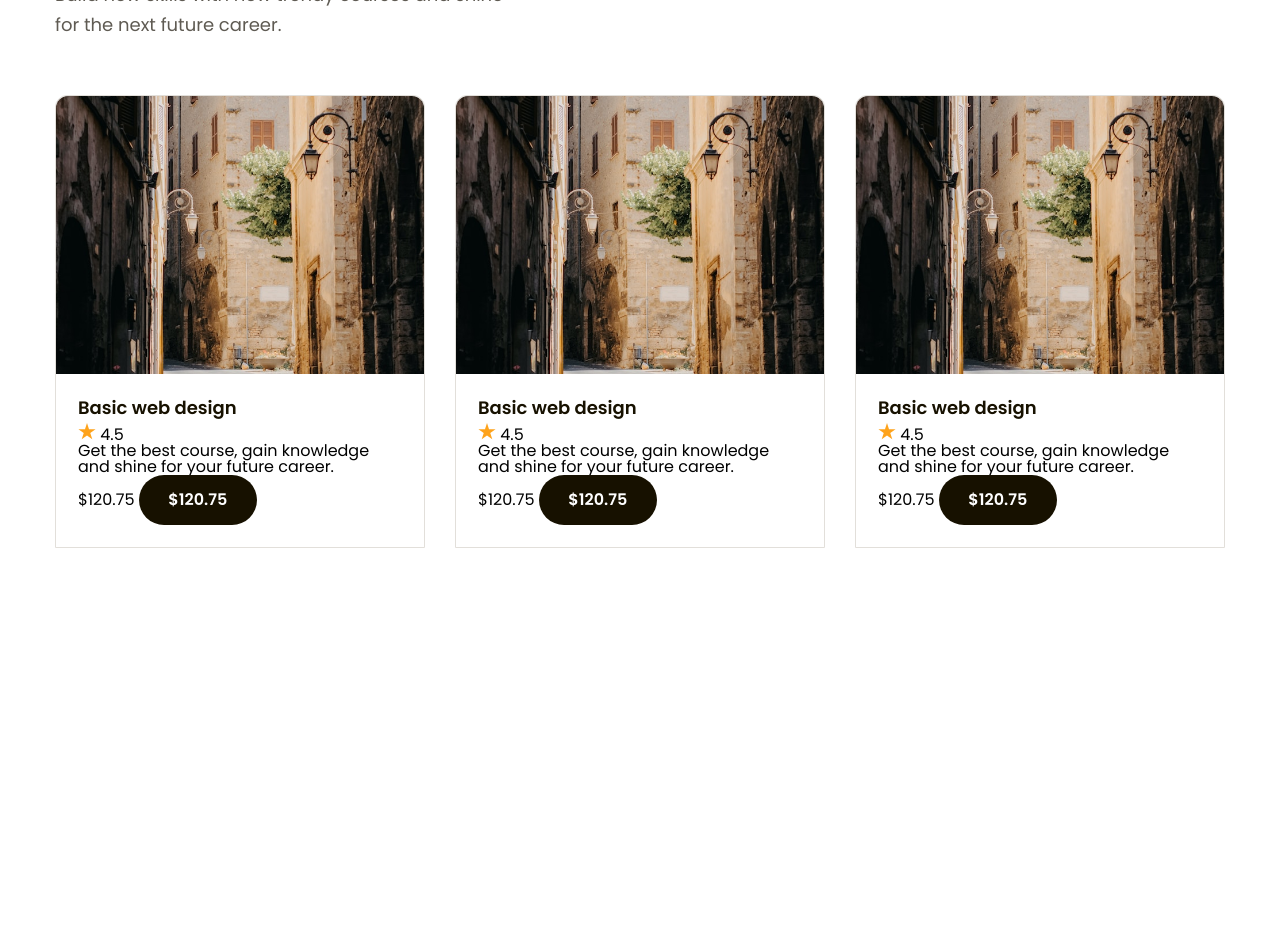
Repository: empty24062002/f8-htmlcss-02-pratice
Page: index.html
An editor plug-in stored every save of this project. The page is shown before and after the next save, followed by the edit.
The browser window is 1280 px wide. The pictures show the part of the page from y = 1156 to 2108 px (the page is 5187 px tall).
A picture or video elsewhere on the page could not be fetched, so the positions and the page height are approximate.

Above is the page before, as saved 2023-07-19 08:00:32.

After the next save:
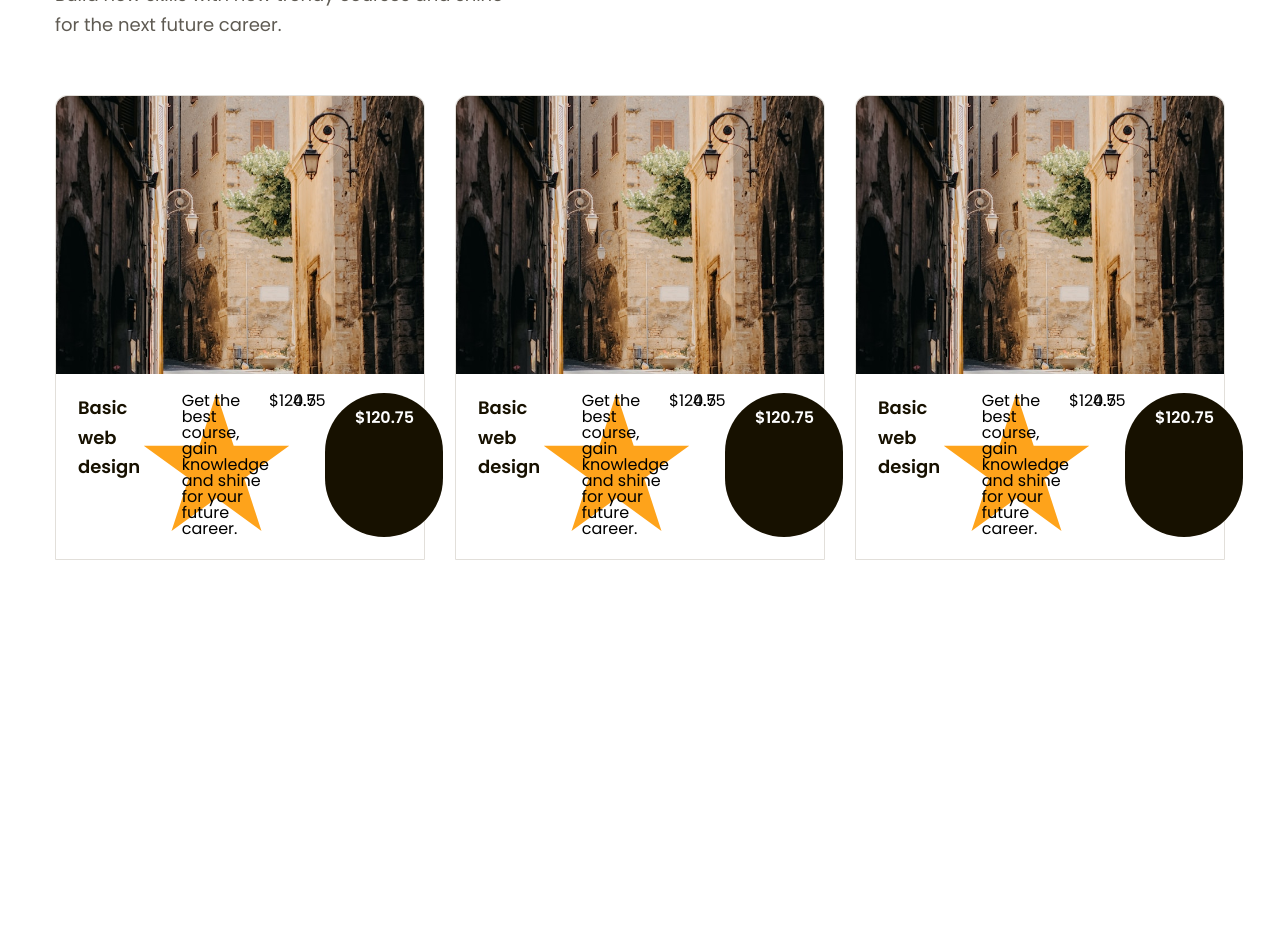
Saved 86 s later.
--- a/assets/css/styles.css
+++ b/assets/css/styles.css
@@ -340,9 +340,14 @@
 }
 
 .popular .course-item .title a {
-    display: flex;
     color: var(--secondary-color);
     font-size: 1.8rem;
     font-weight: 600;
     line-height: 1.66;
 }
+
+.popular .course-item .head,
+.popular .course-item .rating,
+.popular .course-item .foot {
+    display: flex;
+}

After the save that followed:
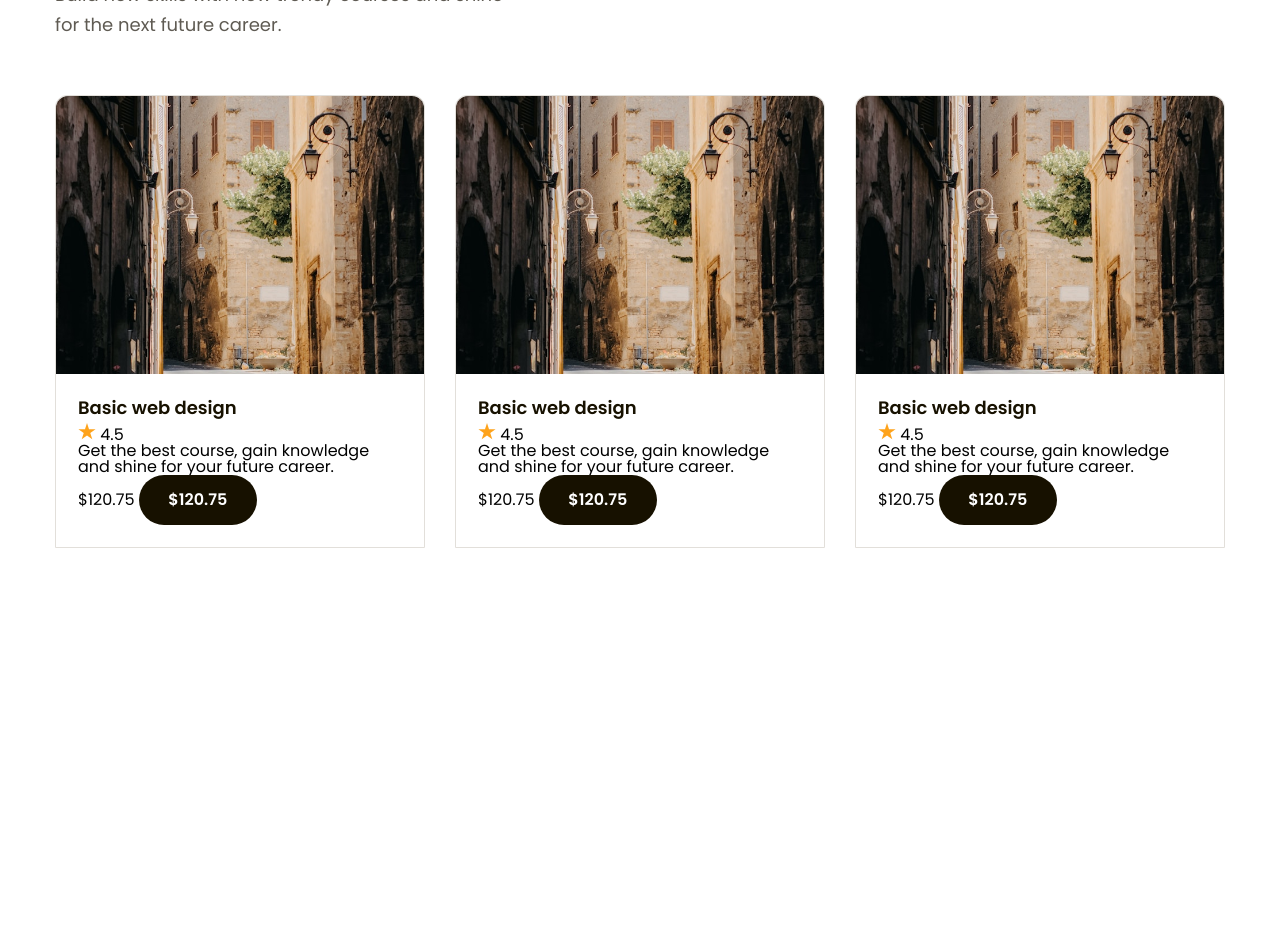
Saved 11 s later.
--- a/assets/css/styles.css
+++ b/assets/css/styles.css
@@ -345,9 +345,3 @@
     font-weight: 600;
     line-height: 1.66;
 }
-
-.popular .course-item .head,
-.popular .course-item .rating,
-.popular .course-item .foot {
-    display: flex;
-}
